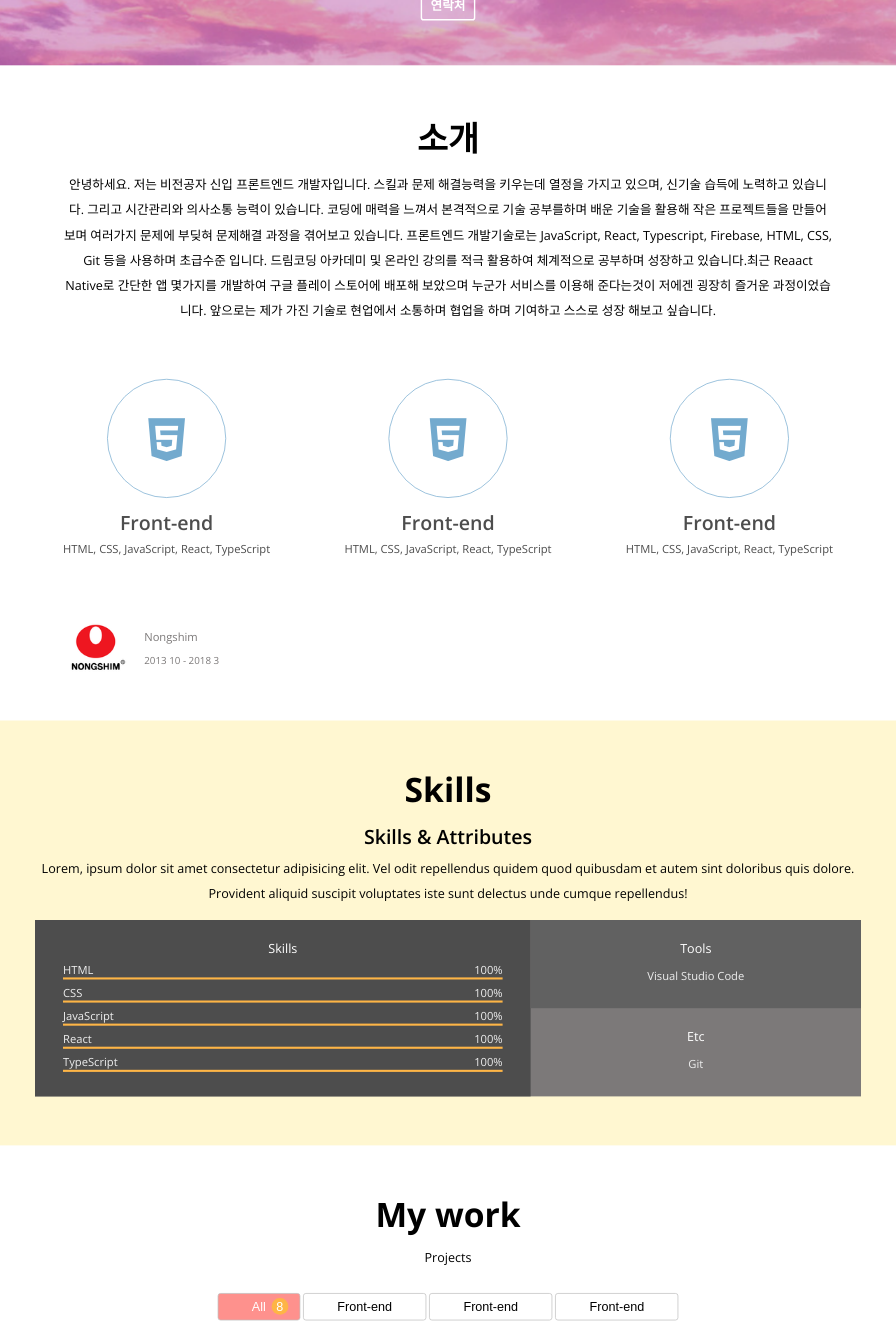
Repository: beomsu9696/Dream_Coding_Academy4
Page: index.html
An editor plug-in stored every save of this project. The page is shown before and after a run of saves, followed by the edit.
The browser window is 1280 px wide. The pictures show the part of the page from y = 636 to 2556 px (the page is 4259 px tall before and 4106 px after), at 70% of full size.
Some web libraries are served in a nearby version.

Above is the page before, as saved 2021-03-19 18:30:36.

### index.html
<!DOCTYPE html>
<html lang="en">
  <head>
    <meta charset="UTF-8" />
    <meta name="viewport" content="width=device-width, initial-scale=1.0" />
    <title>김범수 포트폴리오</title>
    <meta name="description" content="Portfolio" />
    <meta name="author" content="Beomsu" />
    <link rel="icon" type="image/png" href="images/favicon.png" />
    <script
      src="https://kit.fontawesome.com/c90a48a564.js"
      crossorigin="anonymous"
    ></script>
    <link rel="preconnect" href="https://fonts.gstatic.com" />
    <link
      href="https://fonts.googleapis.com/css2?family=Open+Sans:wght@400;600;700&display=swap"
      rel="stylesheet"
    />
    <link rel="stylesheet" href="style.css" />
    <script src="main.js" defer></script>
  </head>
  <body>
    <!-- Navbar -->
    <nav id="navbar">
      <div class="navbar__logo">
        <i class="fab fa-diaspora"></i>
        <a href="#">김범수 포트폴리오</a>
      </div>
      <ul class="navbar__menu">
        <li class="navbar__menu__item active" data-link="#home">홈</li>
        <li class="navbar__menu__item" data-link="#about">소개</li>
        <li class="navbar__menu__item" data-link="#skills">기술</li>
        <li class="navbar__menu__item" data-link="#work">프로젝트</li>
        <li class="navbar__menu__item" data-link="#testimonials">추천사</li>
        <li class="navbar__menu__item" data-link="#contact">연락처</li>
      </ul>
      <!-- Togglle button -->
      <button class="navbar__toggle-btn">
        <i class="fas fa-bars"></i>
      </button>
    </nav>
    <!-- Home -->
    <section id="home">
      <div class="home__container">
        <img
          src="images/IMG_1234.JPG"
          alt="profile photo"
          class="home__avatar"
        />
        <h1 class="home__title">
          안녕하세요, <br />프론트엔드 개발자 김범수 입니다.
        </h1>
        <h2 class="home__description">구직중 🇰🇷</h2>
        <button class="home__contact">연락처</button>
      </div>
    </section>
    <!-- About -->
    <section id="about" class="section section__container">
      <h1>소개</h1>
      <p>
        안녕하세요. 저는 비전공자 신입 프론트엔드 개발자입니다. 스킬과 문제
        해결능력을 키우는데 열정을 가지고 있으며, 신기술 습득에 노력하고
        있습니다. 그리고 시간관리와 의사소통 능력이 있습니다. 코딩에 매력을
        느껴서 본격적으로 기술 공부를하며 배운 기술을 활용해 작은 프로젝트들을
        만들어 보며 여러가지 문제에 부딪혀 문제해결 과정을 겪어보고 있습니다.
        프론트엔드 개발기술로는 JavaScript, React, Typescript, Firebase, HTML,
        CSS, Git 등을 사용하며 초급수준 입니다. 드림코딩 아카데미 및 온라인
        강의를 적극 활용하여 체계적으로 공부하며 성장하고 있습니다.최근 Reaact
        Native로 간단한 앱 몇가지를 개발하여 구글 플레이 스토어에 배포해
        보았으며 누군가 서비스를 이용해 준다는것이 저에겐 굉장히 즐거운
        과정이었습니다. 앞으로는 제가 가진 기술로 현업에서 소통하며 협업을 하며
        기여하고 스스로 성장 해보고 싶습니다.
      </p>
      <div class="about__majors">
        <div class="major">
          <div class="major__icon">
            <i class="fab fa-html5"></i>
          </div>
          <h2 class="major__title">Front-end</h2>
          <div class="major__description">
            HTML, CSS, JavaScript, React, TypeScript
          </div>
        </div>
        <div class="major">
          <div class="major__icon">
            <i class="fab fa-html5"></i>
          </div>
          <h2 class="major__title">Front-end</h2>
          <div class="major__description">
            HTML, CSS, JavaScript, React, TypeScript
          </div>
        </div>
        <div class="major">
          <div class="major__icon">
            <i class="fab fa-html5"></i>
          </div>
          <h2 class="major__title">Front-end</h2>
          <div class="major__description">
            HTML, CSS, JavaScript, React, TypeScript
          </div>
        </div>
      </div>
      <div class="about__jobs">
        <div class="job">
          <img
            src="images/jobs/logo-nongshim.png"
            alt="nongshim"
            class="job__logo"
          />
          <div class="job__description">
            <p class="job__name">Nongshim</p>
            <p class="job__period">2013 10 - 2018 3</p>
          </div>
        </div>
        <div class="job">
          <img src="" alt="" class="job__logo" />
          <div class="job__description">
            <p class="job__name"></p>
            <p class="job__period"></p>
          </div>
        </div>
      </div>
    </section>
    <!-- Skills -->
    <section id="skills" class="section">
      <div class="section__container">
        <h1>Skills</h1>
        <h2>Skills & Attributes</h2>
        <p>
          Lorem, ipsum dolor sit amet consectetur adipisicing elit. Vel odit
          repellendus quidem quod quibusdam et autem sint doloribus quis dolore.
          Provident aliquid suscipit voluptates iste sunt delectus unde cumque
          repellendus!
        </p>
        <div class="skillset">
          <div class="skillset__left">
            <h3 class="skillset__title">Skills</h3>
            <div class="skill">
              <div class="skill__description">
                <span>HTML</span>
                <span>100%</span>
              </div>
              <!-- <progress value="100" max="100"></progress> -->
              <div class="skill__bar">
                <div class="skill__value" style="width: 100%"></div>
              </div>
            </div>
            <div class="skill">
              <div class="skill__description">
                <span>CSS</span>
                <span>100%</span>
              </div>
              <div class="skill__bar">
                <div class="skill__value"></div>
              </div>
            </div>
            <div class="skill">
              <div class="skill__description">
                <span>JavaScript</span>
                <span>100%</span>
              </div>
              <div class="skill__bar">
                <div class="skill__value"></div>
              </div>
            </div>
            <div class="skill">
              <div class="skill__description">
                <span>React</span>
                <span>100%</span>
              </div>
              <div class="skill__bar">
                <div class="skill__value"></div>
              </div>
            </div>
            <div class="skill">
              <div class="skill__description">
                <span>TypeScript</span>
                <span>100%</span>
              </div>
              <div class="skill__bar">
                <div class="skill__value"></div>
              </div>
            </div>
          </div>
          <div class="skillset__right">
            <div class="tools">
              <h3 class="skillset__title">Tools</h3>
              <ul class="tools__list">
                <li><span>Visual Studio Code</span></li>
              </ul>
            </div>
            <div class="etc">
              <h3 class="skillset__title">Etc</h3>
              <ul class="etc__list">
                <li><span>Git</span></li>
              </ul>
            </div>
          </div>
        </div>
      </div>
    </section>
    <!-- Work -->
    <section id="work" class="section">
      <div class="section__container">
        <h1>My work</h1>
        <h3>Projects</h3>
        <div class="work__categories">
          <button class="category__btn selected" data-filter="*">
            All <span class="category__count">8</span>
          </button>
          <button class="category__btn" data-filter="front-end1">
            Front-end <span class="category__count">1</span>
          </button>
          <button class="category__btn" data-filter="front-end2">
            Front-end <span class="category__count">1</span>
          </button>
          <button class="category__btn" data-filter="front-end3">
            Front-end <span class="category__count">1</span>
          </button>
        </div>
        <div class="work__projects">
          <a href="#" class="project" target="_blank" data-type="front-end1">
            <img
              class="project__img"
              src="images/projects/project1.png"
              alt="Project1"
            />
            <div class="project__description">
              <h3>Project</h3>
              <span>Clone coding with HTML and CSS</span>
            </div>
          </a>
          <a href="#" class="project" target="_blank" data-type="front-end2">
            <img
              class="project__img"
              src="images/projects/project2.png"
              alt="Project2"
            />
            <div class="project__description">
              <h3>Project</h3>
              <span>Clone coding with HTML and CSS</span>
            </div>
          </a>
          <a href="#" class="project" target="_blank" data-type="front-end3">
            <img
              class="project__img"
              src="images/projects/project3.png"
              alt="Project3"
            />
            <div class="project__description">
              <h3>Project</h3>
              <span>Clone coding with HTML and CSS</span>
            </div>
          </a>
          <a href="#" class="project" target="_blank">
            <img
              class="project__img"
              src="images/projects/project4.png"
              alt="Project4"
            />
            <div class="project__description">
              <h3>Project</h3>
              <span>Clone coding with HTML and CSS</span>
            </div>
          </a>
          <a href="#" class="project" target="_blank">
            <img
              class="project__img"
              src="images/projects/project5.png"
              alt="Project5"
            />
            <div class="project__description">
              <h3>Project</h3>
              <span>Clone coding with HTML and CSS</span>
            </div>
          </a>
          <a href="#" class="project" target="_blank">
            <img
              class="project__img"
              src="images/projects/project6.png"
              alt="Project6"
            />
            <div class="project__description">
              <h3>Project</h3>
              <span>Clone coding with HTML and CSS</span>
            </div>
          </a>
          <a href="#" class="project" target="_blank">
            <img
              class="project__img"
              src="images/projects/project7.png"
              alt="Project7"
            />
            <div class="project__description">
              <h3>Project</h3>
              <span>Clone coding with HTML and CSS</span>
            </div>
          </a>
          <a href="#" class="project" target="_blank">
            <img
              class="project__img"
              src="images/projects/project8.png"
              alt="Project8"
            />
            <div class="project__description">
              <h3>Project</h3>
              <span>Clone coding with HTML and CSS</span>
            </div>
          </a>
        </div>
      </div>
    </section>
    <!-- Testimonials -->
    <section id="testimonials" class="section">
      <div class="section__container">
        <h1>Testimonials</h1>
        <h3>See what they say about me</h3>
        <div class="testimonials">
          <div class="testimonial">
            <img
              src="images/pig.jpg"
              alt="People"
              class="testimonial__avatar"
            />
            <div class="testimonial__speech-bubble">
              <p>
                Lorem ipsum dolor sit amet consectetur adipisicing elit.
                Corporis sequi mollitia odit commodi, neque illo. Voluptatum
                possimus illum qui dolores optio porro ipsa doloribus atque
                tenetur voluptas, distinctio nulla sit?
              </p>
              <p class="name"><a href="#">Man</a>Google</p>
            </div>
          </div>
          <div class="testimonial">
            <div class="testimonial__speech-bubble">
              <p>
                Lorem ipsum dolor sit amet consectetur adipisicing elit.
                Corporis sequi mollitia odit commodi, neque illo. Voluptatum
                possimus illum qui dolores optio porro ipsa doloribus atque
                tenetur voluptas, distinctio nulla sit?
              </p>
              <p class="name"><a href="#">Man</a>Google</p>
            </div>
            <img
              src="images/pig.jpg"
              alt="People"
              class="testimonial__avatar"
            />
          </div>
        </div>
      </div>
    </section>
    <!-- Contact -->
    <section id="contact" class="section">
      <h1 class="contact__title">Let's talk</h1>
      <h2 class="contact__email">복덩이@gmail.com</h2>
      <div class="contact__links">
        <a href="#" target="_blank">
          <i class="fab fa-github"></i>
        </a>
        <a href="#" target="_blank">
          <i class="fab fa-linkedin"></i>
        </a>
      </div>
      <p class="contact__rights">
        2021 Dream Coding Ellie - All rights reserved
      </p>
    </section>
    <!-- Arrow up -->
    <button class="arrow-up">
      <i class="fa fa-arrow-up"></i>
    </button>
  </body>
</html>

### style.css
/* Universal tags */
* {
  box-sizing: border-box;
}

body {
  margin: 0;
  font-family: "Open Sans", sans-serif;
  cursor: default;
}

a {
  text-decoration: none;
  color: var(--color-white);
}

ul {
  list-style: none;
  padding-left: 0;
}

button {
  outline: none;
  background-color: transparent;
  cursor: pointer;
  border: none;
  padding: 0;
}

p {
  line-height: 2;
}

/* Global */
:root {
  /* Color */
  --color-white: #ffffff;
  --color-light-white: #eeeeee;
  --color-dark-white: #bdbdbd;
  --color-pink: #fe918d;
  --color-dark-pink: #ff6863;
  --color-dark-grey: #4d4d4d;
  --color-grey: #616161;
  --color-light-grey: #7c7979;
  --color-blue: #73aace;
  --color-yellow: #fff7d1;
  --color-orange: #feb546;
  --color-black: #000000;

  /* Font size */
  --font-large: 48px;
  --font-medium: 28px;
  --font-regular: 18px;
  --font-small: 16px;
  --font-micro: 14px;

  /* Font weight */
  --weight-bold: 700;
  --weight-semi-bold: 600;
  --weight-regular: 400;

  /* Size */
  --size-border-radius: 4px;

  /* Animation */
  --animation-duration: 300ms;
}

/* Typography */

h1 {
  font-size: var(--font-large);
  font-weight: var(--weight-bold);
  color: var(--color-black);
  margin: 16px 0px;
}

h2 {
  font-size: var(--font-medium);
  font-weight: var(--weight-semi-bold);
  color: var(--color-black);
  margin: 8px 0;
}

h3 {
  font-size: var(--font-regular);
  font-weight: var(--weight-regular);
  color: var(--color-black);
  margin: 8px 0;
}

p {
  font-size: var(--font-regular);
  font-weight: var(--weight-regular);
  color: var(--color-black);
  margin: 4px 0;
}

/* Navbar */
#navbar {
  position: fixed;
  width: 100%;
  display: flex;
  justify-content: space-between;
  align-items: center;
  color: var(--color-white);
  padding: 16px;
  background-color: transparent;
  transition: all var(--animation-duration) ease-in-out;
  z-index: 1;
}

#navbar.navbar--dark {
  background-color: var(--color-pink);
  padding: 8px;
}

.navbar__menu {
  display: flex;
}

.navbar__logo {
  font-size: var(--font-medium);
  font-weight: var(--weight-semi-bold);
}

.navbar__menu__item {
  padding: 8px 12px;
  margin: 0 4px;
  cursor: pointer;
  border-radius: var(--size-border-radius);
  border: 1px solid transparent;
}

.navbar__menu__item.active {
  border: 1px solid var(--color-white);
}

.navbar__menu__item:hover {
  border: 1px solid var(--color-white);
  background-color: var(--color-dark-pink);
}

.navbar__toggle-btn {
  position: absolute;
  top: 24px;
  right: 32px;
  font-size: 24px;
  color: var(--color-white);
  display: none;
}

/* Home */
#home {
  background: center/cover no-repeat url(images/homebackground.png);
  padding: 40px;
  padding-top: 120px;
  text-align: center;
}

.home__avatar {
  width: 250px;
  height: 250px;
  border-radius: 50%;
  border: 2px solid var(--color-light-white);
  object-fit: cover;
}

.home__title,
.home__description {
  color: var(--color-white);
}

.home__contact {
  color: var(--color-white);
  font-size: var(--font-regular);
  font-weight: var(--weight-bold);
  margin: 24px;
  padding: 8px 12px;
  border: 2px solid var(--color-white);
  border-radius: var(--size-border-radius);
}

.home__contact:hover {
  background-color: var(--color-orange);
}

/* Section common */
.section {
  text-align: center;
  padding: 50px;
  margin: auto;
}

.section__container {
  max-width: 1200px;
  margin: auto;
}
/* About */
.about__majors {
  display: flex;
  justify-content: space-between;
  margin: 80px 0;
}

.major__icon {
  width: 170px;
  height: 170px;
  line-height: 170px;
  font-size: 70px;
  margin: auto;
  color: var(--color-blue);
  border: 1px solid var(--color-blue);
  border-radius: 50%;
  margin-bottom: 16px;
}

.major__icon i {
  transition: all var(--animation-duration) ease;
}

.major__icon:hover i {
  color: var(--color-pink);
  transform: rotate(-30deg) scale(1.1);
}

.major__title,
.major__description {
  color: var(--color-dark-grey);
}

.major__description {
  font-size: var(--font-small);
}

.job {
  display: flex;
  align-items: center;
}

.job__description {
  margin: 0 16px;
  text-align: left;
}

.job__name,
.job__period {
  color: var(--color-light-grey);
}

.job__name {
  font-size: var(--font-small);
}

.job__period {
  font-size: var(--font-micro);
}

/* Skill */
#skills {
  background-color: var(--color-yellow);
}

.skillset {
  display: flex;
  background-color: var(--color-light-grey);
  color: var(--color-light-white);
  margin: 20px 0;
}

.skillset__title {
  color: var(--color-white);
}

.skillset__left {
  flex-basis: 60%;
  background-color: var(--color-dark-grey);
  padding: 20px 40px;
}

.skill {
  margin-bottom: 8px;
}

.skill__description {
  display: flex;
  justify-content: space-between;
}

.skill__bar {
  width: 100%;
  height: 3px;
  background-color: var(--color-grey);
}

.skill__value {
  width: 100%;
  height: 3px;
  background-color: var(--color-orange);
}

.skillset__right {
  flex-basis: 40%;
}

.tools {
  background-color: var(--color-grey);
}

.tools,
.etc {
  padding: 20px;
}

/* Work */
.work__categories {
  margin: 40px;
}

.category__btn {
  border: 1px solid var(--color-dark-white);
  border-radius: var(--size-border-radius);
  font-size: var(--font-regular);
  padding: 8px 48px;
  position: relative;
}

.category__btn.selected,
.category__btn:hover {
  background-color: var(--color-pink);
  color: var(--color-white);
}

.category__btn.selected .category__count,
.category__btn:hover .category__count {
  opacity: 1;
  top: 6px;
}

.category__count {
  background-color: var(--color-orange);
  border-radius: 50%;
  color: var(--color-white);
  width: 24px;
  height: 24px;
  line-height: 24px;
  display: inline-block;
  position: absolute;
  top: -20px;
  right: 16px;
  opacity: 0;
  transition: all var(--animation-duration) ease-in;
}

.work__projects {
  display: flex;
  flex-wrap: wrap;
  justify-content: center;
  opacity: 1;
  transition: all var(--animation-duration) ease-out;
}

.work__projects.anim-out {
  opacity: 0.6;
  transform: scale(0.96) translateY(40px);
}

.project {
  position: relative;
  display: flex;
  justify-content: center;
  align-items: center;
  width: 280px;
  height: 250px;
  margin: 2px;
  background-color: var(--color-light-white);
}

.project.invisible {
  display: none;
}

.project__img {
  max-width: 100%;
  max-height: 100%;
}

.project__description {
  position: absolute;
  background-color: black;
  display: flex;
  flex-direction: column;
  justify-content: center;
  width: 100%;
  height: 100%;
  top: 0;
  left: 0;
  opacity: 0;
  transform: translateY(10px);
  transition: all var(--animation-duration) ease-in;
}

.project:hover .project__description {
  transform: translateY(0px);
  opacity: 0.8;
}

.project__description h3 {
  color: var(--color-orange);
}

.project__description h3:after {
  content: "";
  display: block;
  position: relative;
  left: 50%;
  width: 50px;
  height: 2px;
  transform: translateX(-50%);
  margin-top: 8px;
  background-color: var(--color-dark-white);
}

/* Testimonial */
#testimonials {
  background-color: var(--color-light-white);
}

.testimonials {
  margin: 40px;
}

.testimonial {
  display: flex;
  margin: 32px 0;
}

.testimonial__avatar {
  width: 150px;
  height: 150px;
  border-radius: 50%;
}

.testimonial__avatar:nth-child(odd) {
  margin-right: 40px;
}
.testimonial__avatar:nth-child(even) {
  margin-left: 40px;
}

.testimonial__speech-bubble {
  padding: 18px;
  background-color: var(--color-white);
  border-radius: var(--size-border-radius);
}

.testimonial__speech-bubble p {
  color: var(--color-light-grey);
}

.testimonial__speech-bubble a {
  color: var(--color-pink);
}

/* Contact */
#contact {
  background-color: var(--color-pink);
}

.contact__title,
.contact__email,
.contact__rights {
  color: var(--color-white);
}

.contact__title {
  margin: 32px 0;
}

.contact__links {
  font-size: var(--font-large);
  margin: 24px 0;
}

.contact__links i {
  transition: all var(--animation-duration) ease-in;
}

.contact__links i:hover {
  transform: scale(1.1);
  color: var(--color-yellow);
}

/* Scroll */
.arrow-up {
  position: fixed;
  bottom: 50px;
  right: 50px;
  font-size: 50px;
  width: 70px;
  height: 70px;
  background-color: var(--color-pink);
  color: var(--color-white);
  border-radius: 50%;
  opacity: 0;
  transition: all 300ms ease-in;
  pointer-events: none;
}

.arrow-up.visible {
  opacity: 1;
  pointer-events: auto;
}

/* For below 768px screen width */
@media screen and (max-width: 768px) {
  :root {
    /* Font size */
    --font-large: 30px;
    --font-medium: 18px;
    --font-regular: 16px;
    --font-small: 14px;
    --font-micro: 12px;
  }

  .navbar__toggle-btn {
    display: block;
    top: 16px;
    right: 16px;
    font-size: var(--font-medium);
  }

  #navbar {
    flex-direction: column;
    align-items: flex-start;
    background-color: var(--color-pink);
  }
  #navbar.navbar--dark {
    padding: 16px;
  }
  .navbar__menu {
    flex-direction: column;
    text-align: center;
    width: 100%;
    display: none;
  }

  .navbar__menu.open {
    display: block;
  }

  .section {
    padding: 16px;
    padding-top: 40px;
  }

  .about__majors {
    flex-direction: column;
    margin-top: 30px;
    margin-bottom: 0px;
  }

  .major {
    margin-bottom: 30px;
  }

  .skillset {
    flex-direction: column;
  }

  .category__btn {
    padding: 8px;
  }

  .project {
    flex-grow: 1;
  }

  .testimonial {
    flex-direction: column;
    align-items: center;
  }

  .testmonial__avatar {
    width: 120px;
    height: 120px;
  }

  .testimonial__avatar:nth-child(even),
  .testimonial__avatar:nth-child(odd) {
    margin: 0;
    margin-bottom: 8px;
  }

  .testimonial__speech-bubble {
    order: 1;
  }

  .arrow-up {
    width: 50px;
    height: 50px;
    font-size: 30px;
    line-height: 50px;
    right: 16px;
    bottom: 16px;
  }
}
/* For below 970px screen width */
@media screen and (max-width: 970px) {
  .work__categories {
    display: flex;
    flex-direction: column;
  }

  .category__btn:nth-child(even),
  .category__btn:nth-child(3) {
    margin-top: 4px;
  }
}

Loaded but not shown: main.js (155 lines, source omitted)

After the next 2 saves:
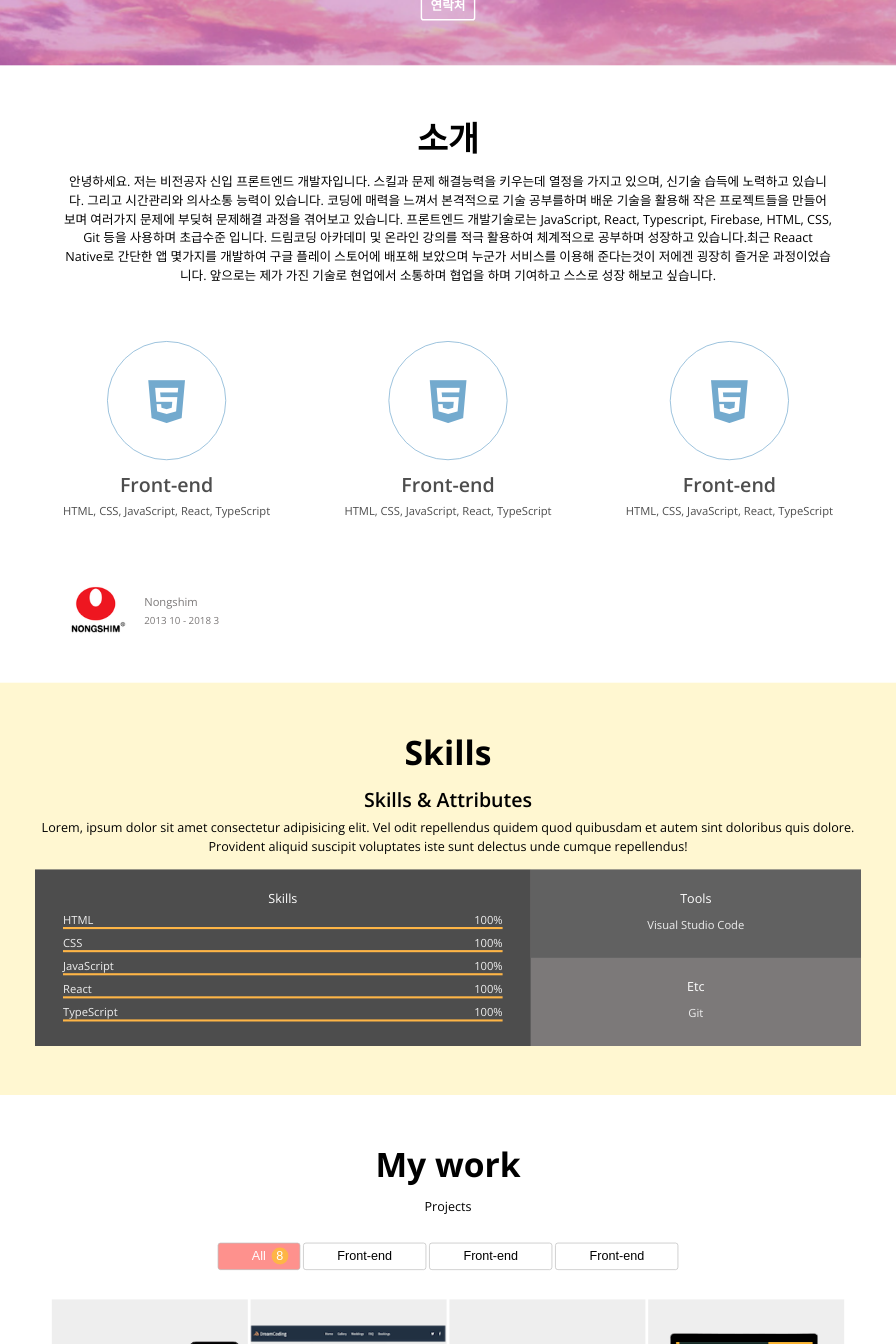
The 2 saves are shown as one change because they came seconds apart.
The last was saved 6 s later.
--- a/style.css
+++ b/style.css
@@ -28,7 +28,7 @@
 }
 
 p {
-  line-height: 2;
+  line-height: 1.5;
 }
 
 /* Global */
